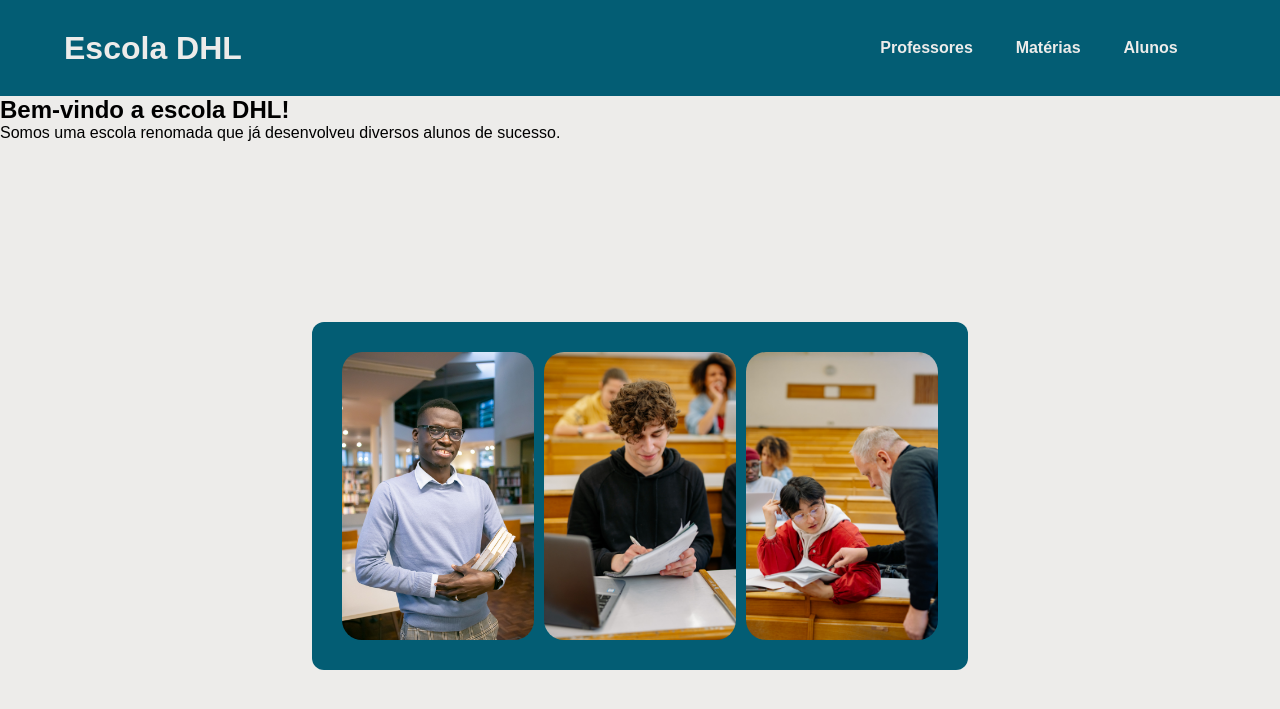
Repository: SirHick/sa-sistema-escola-DHL
Page: front/index.html
An editor plug-in stored every save of this project. The page is shown before and after a run of saves, followed by the edit.
The browser window is 1280 px wide. The pictures show the whole page.

Above is the page before, as saved 2026-07-17 16:03:06.

After the next 3 saves:
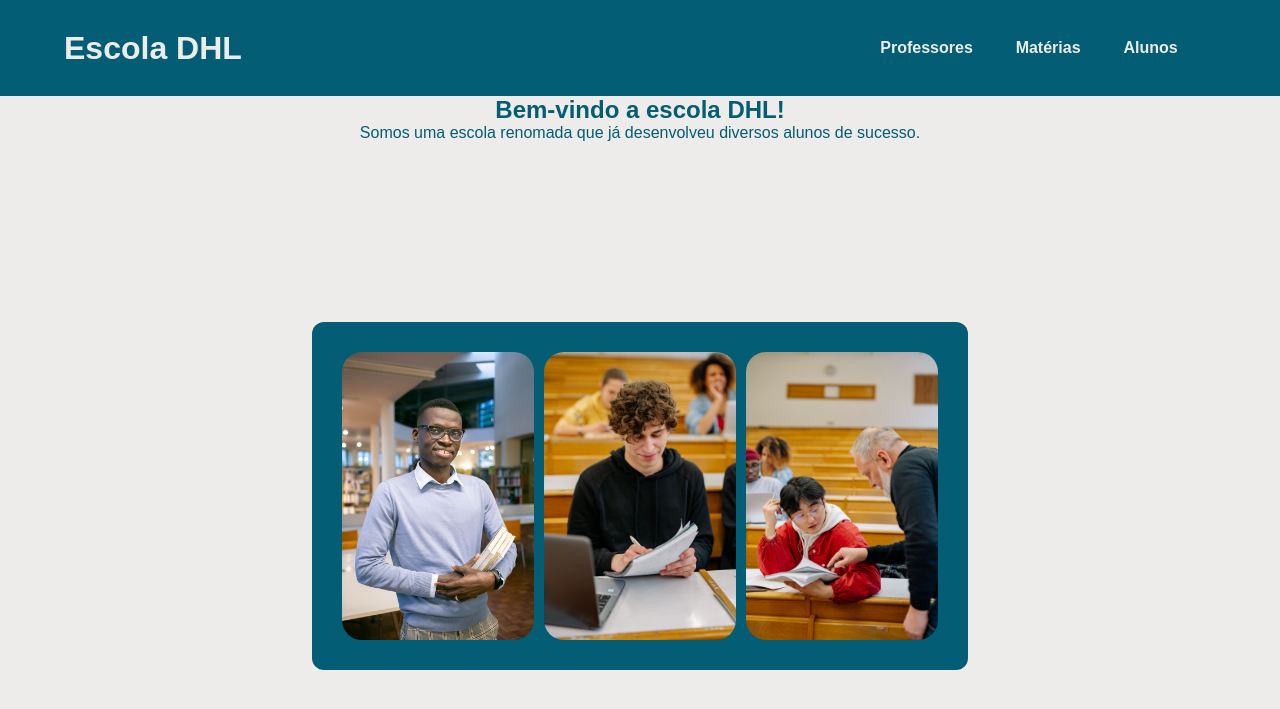
The 3 saves are shown as one change because they came seconds apart.
The last was saved 9 s later.
--- a/front/style.css
+++ b/front/style.css
@@ -63,4 +63,6 @@ header nav a{
 
 .main-text{
     margin-bottom: 3vh;
+    color: #035D74;
+    text-align: center;
 }
